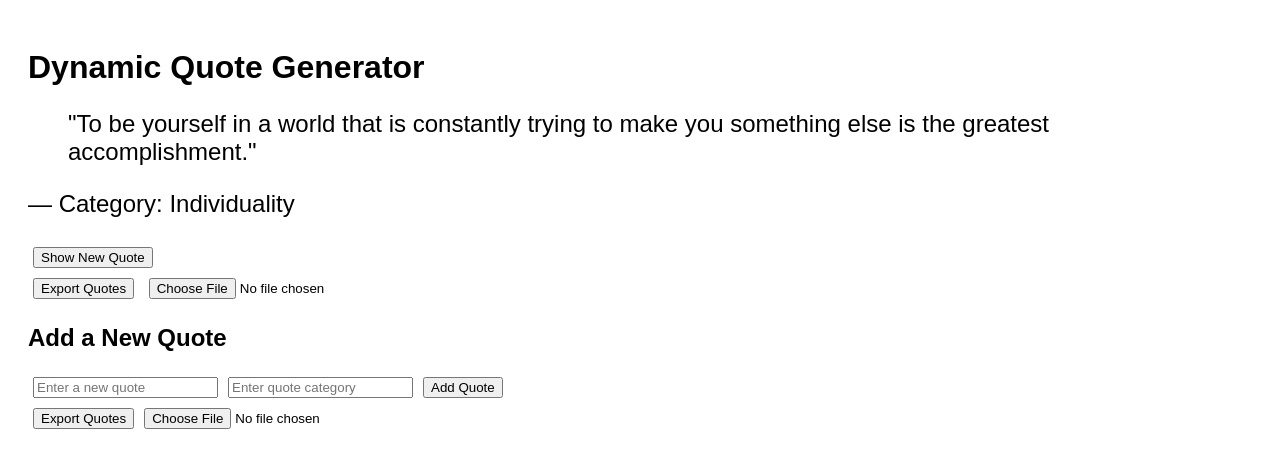
Repository: Patience225/alx_fe_javascript
Page: dom-manipulation/index.html
These files come from the project's save history. The page is drawn as it stood at one moment and after the next save; the edit follows.
The browser window is 1280 px wide. The pictures show the whole page.

Above is the page before, as saved 2025-02-02 07:02:57.

After the next save:
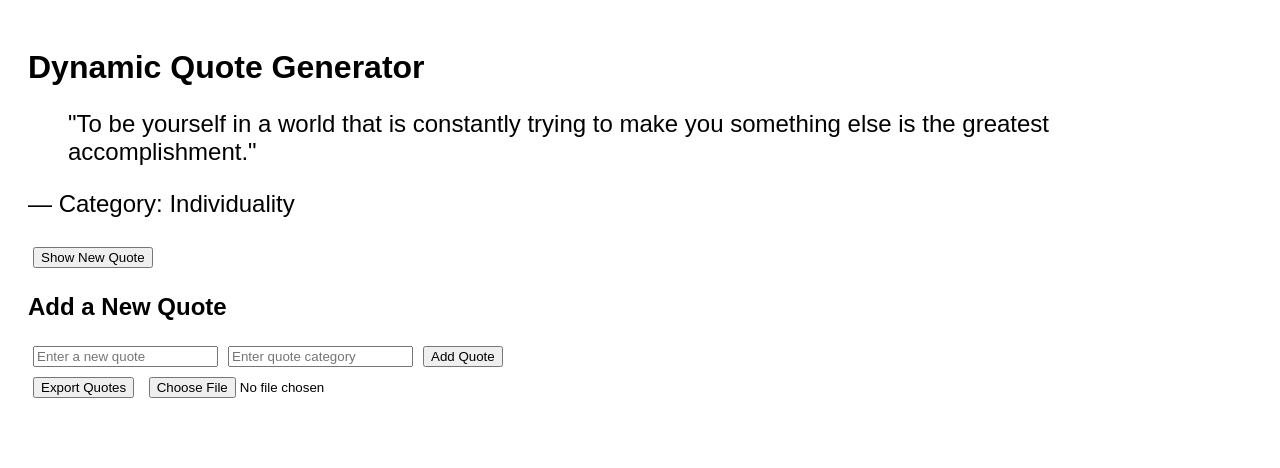
Saved 30 s later.
--- a/dom-manipulation/script.js
+++ b/dom-manipulation/script.js
@@ -1,3 +1,5 @@
+// script.js
+
 // Global array to store quotes
 let quotes = [];
 
@@ -39,7 +41,6 @@ function showRandomQuote() {
   const randomIndex = Math.floor(Math.random() * quotes.length);
   const quote = quotes[randomIndex];
 
-  // Display the quote and its category
   const quoteDisplay = document.getElementById("quoteDisplay");
   quoteDisplay.innerHTML = `
     <blockquote>"${quote.text}"</blockquote>
@@ -69,6 +70,7 @@ function addQuote() {
   quotes.push(newQuote);
   saveQuotes();
 
+  // Clear input fields after adding the quote
   quoteTextInput.value = "";
   quoteCategoryInput.value = "";
 
@@ -76,11 +78,10 @@ function addQuote() {
 }
 
 /**
- * Dynamically creates the form for adding new quotes and appends it to the DOM.
+ * Dynamically creates the form for adding new quotes and appends it to #addQuoteContainer.
  */
 function createAddQuoteForm() {
-  const formContainer = document.createElement("div");
-  formContainer.id = "addQuoteForm";
+  const formContainer = document.getElementById("addQuoteContainer");
 
   const formHeading = document.createElement("h2");
   formHeading.textContent = "Add a New Quote";
@@ -103,39 +104,13 @@ function createAddQuoteForm() {
   addQuoteButton.textContent = "Add Quote";
   addQuoteButton.addEventListener("click", addQuote);
   formContainer.appendChild(addQuoteButton);
-
-  document.body.appendChild(formContainer);
-}
-
-/**
- * Creates and adds buttons for exporting and importing JSON data.
- */
-function createImportExportButtons() {
-  const container = document.createElement("div");
-  container.id = "jsonActions";
-
-  // Export Button
-  const exportButton = document.createElement("button");
-  exportButton.id = "exportButton";
-  exportButton.textContent = "Export Quotes";
-  exportButton.addEventListener("click", exportQuotesAsJson);
-  container.appendChild(exportButton);
-
-  // Import File Input
-  const importInput = document.createElement("input");
-  importInput.type = "file";
-  importInput.id = "importFile";
-  importInput.accept = ".json";
-  importInput.addEventListener("change", importFromJsonFile);
-  container.appendChild(importInput);
-
-  document.body.appendChild(container);
 }
 
 /**
  * Exports the quotes array as a downloadable JSON file.
+ * This function name now matches the expected exportToJsonFile.
  */
-function exportQuotesAsJson() {
+function exportToJsonFile() {
   const jsonString = JSON.stringify(quotes, null, 2);
   const blob = new Blob([jsonString], { type: 'application/json' });
   const url = URL.createObjectURL(blob);
@@ -185,20 +160,16 @@ function displayLastViewedQuote() {
 
 // Initialize the app once the DOM is fully loaded.
 document.addEventListener("DOMContentLoaded", () => {
-  // Load quotes from local storage (or initialize with sample quotes)
   loadQuotes();
-
-  // Create and attach the Add Quote form
   createAddQuoteForm();
-
-  // Create and attach JSON import/export buttons
-  createImportExportButtons();
 
   // Attach event listener to the "Show New Quote" button
   document.getElementById("newQuote").addEventListener("click", showRandomQuote);
 
-  // Display last viewed quote from session storage if available,
-  // otherwise show a random quote.
+  // Attach event listener to the "Export Quotes" button (from index.html)
+  document.getElementById("exportQuotesButton").addEventListener("click", exportToJsonFile);
+
+  // Display last viewed quote from sessionStorage if available; otherwise, show a random quote.
   if (sessionStorage.getItem('lastQuote')) {
     displayLastViewedQuote();
   } else {
